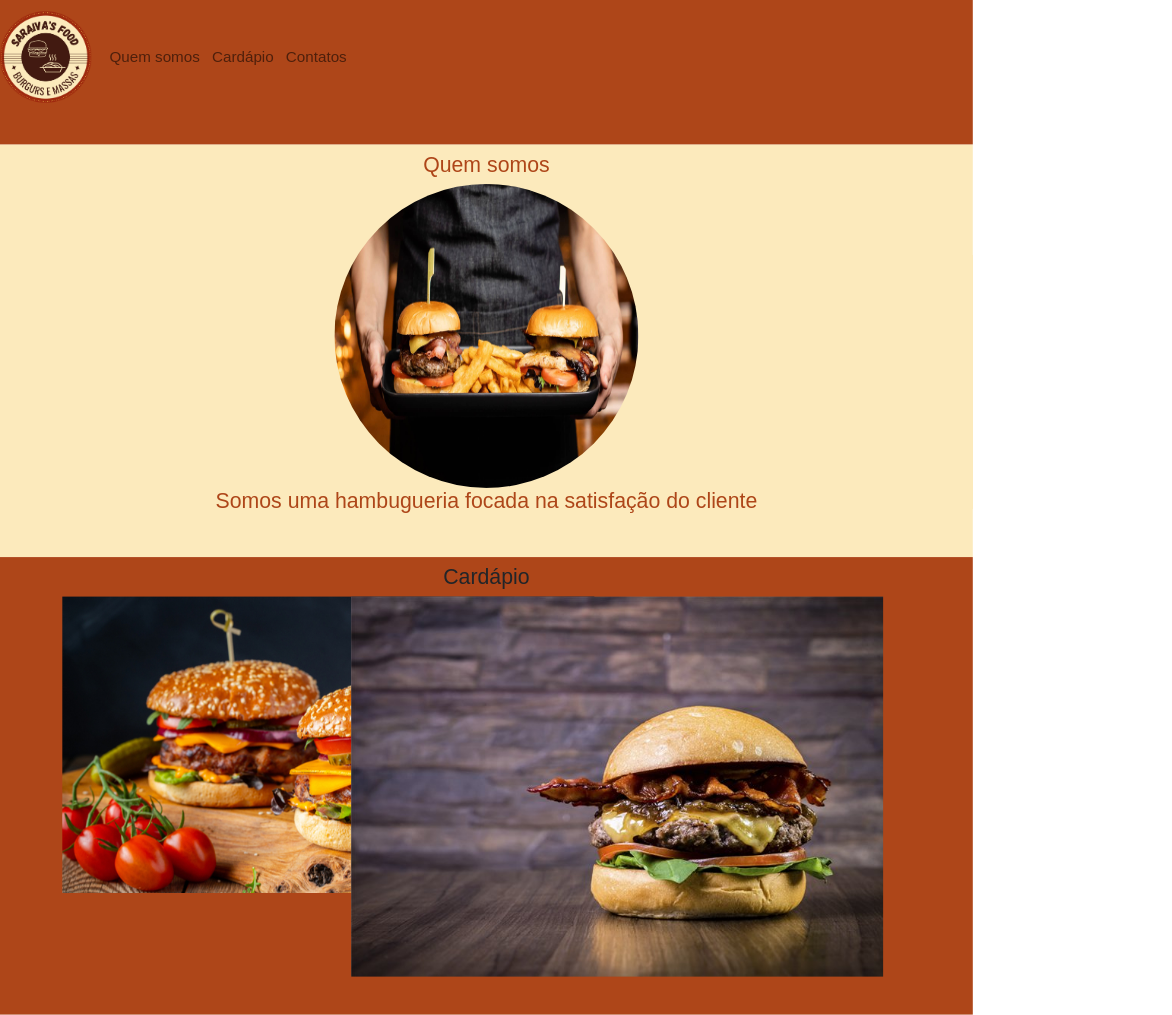
Repository: Tuanemendes/curso_bootstrap
Page: projeto1/index.html
An editor plug-in stored every save of this project. The page is shown before and after the next save, followed by the edit.
The browser window is 1280 px wide. The page is 1280 px wide, then 1542 px, so the pictures cover 1542 px, including what lies to the right of the window. The pictures show the whole page, at 76% of full size.

Above is the page before, as saved 2022-04-04 17:08:07.

After the next save:
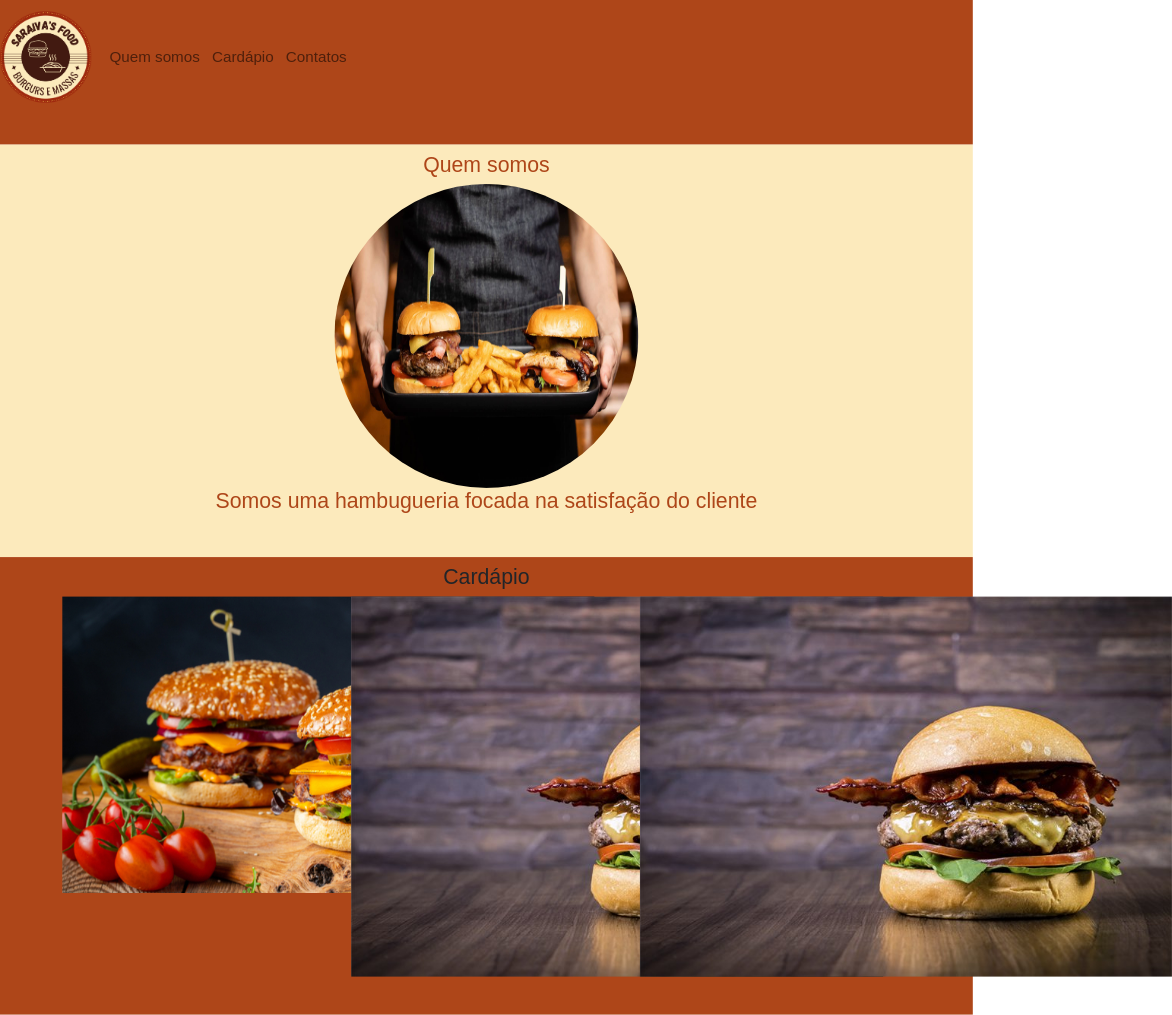
Saved 21 s later.
--- a/projeto1/index.html
+++ b/projeto1/index.html
@@ -48,6 +48,10 @@
                         <img src="/img/como-montar-uma-hamburgueria.jpg" alt="">
 
                     </div>
+                    <div class="col-md-4">
+                        <img src="/img/como-montar-uma-hamburgueria.jpg" alt="">
+
+                    </div>
                 </div>
             </div>
         </div>
